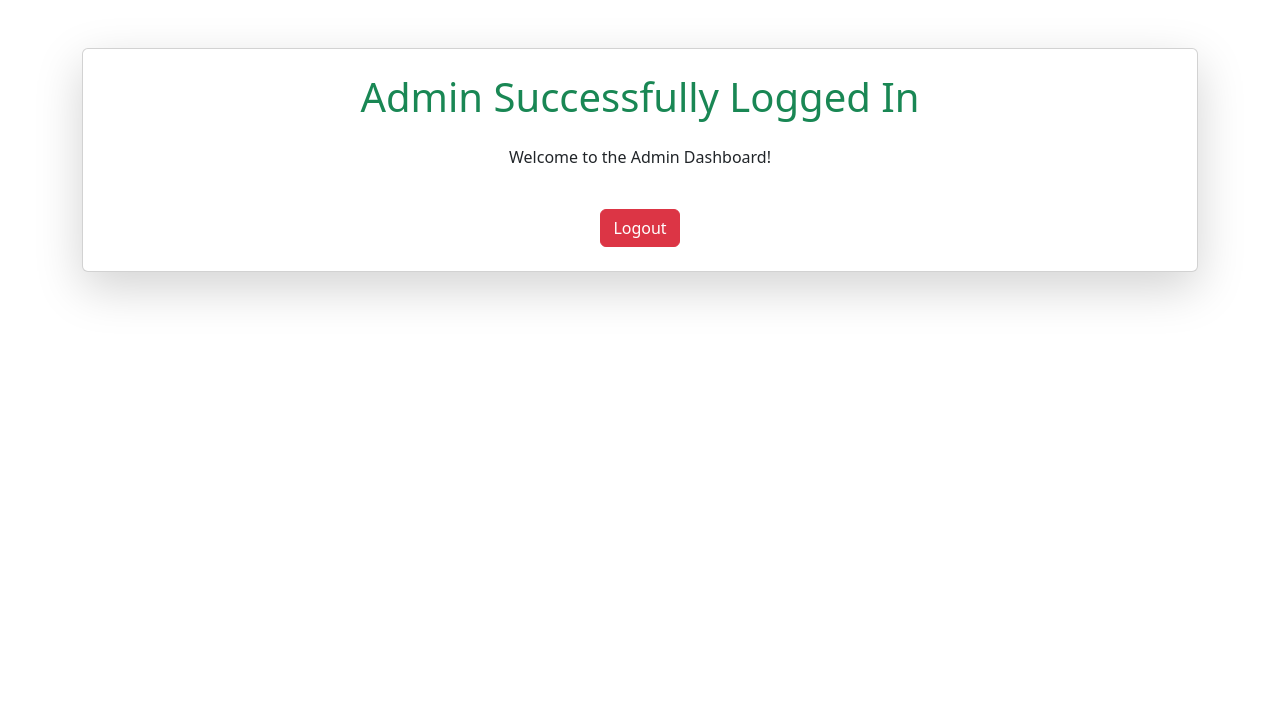
Repository: viraj2623/My_projects
Page: loginandregpr/src/main/webapp/main.html
These files come from the project's save history. The page is drawn as it stood at one moment and after the next save; the edit follows.
The browser window is 1280 px wide. The pictures show the whole page.

Above is the page before, as saved 2025-03-05 08:51:55.

After the next save:
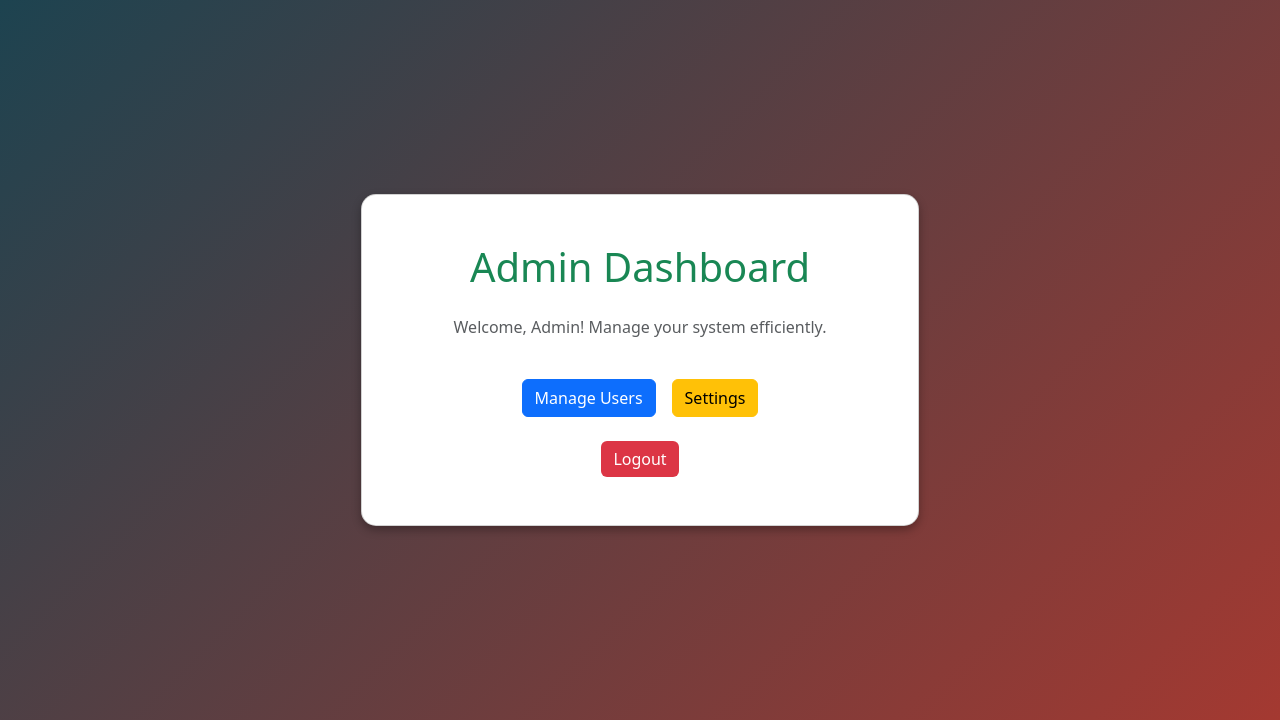
Saved 2 min 16 s later.
--- a/loginandregpr/src/main/webapp/main.html
+++ b/loginandregpr/src/main/webapp/main.html
@@ -5,14 +5,42 @@
     <meta name="viewport" content="width=device-width, initial-scale=1.0">
     <title>Admin Dashboard</title>
     <link rel="stylesheet" href="https://cdnjs.cloudflare.com/ajax/libs/bootstrap/5.3.0/css/bootstrap.min.css">
+    <style>
+        body {
+            background: linear-gradient(135deg, #1d4350, #a43931);
+            height: 100vh;
+            display: flex;
+            align-items: center;
+            justify-content: center;
+        }
+        .card {
+            border-radius: 15px;
+            box-shadow: 0px 4px 10px rgba(0, 0, 0, 0.3);
+            background: #fff;
+        }
+        .btn-danger {
+            background: #dc3545;
+            border: none;
+            transition: 0.3s;
+        }
+        .btn-danger:hover {
+            background: #c82333;
+        }
+    </style>
 </head>
 <body>
-    <div class="container mt-5 text-center">
-        <div class="card shadow-lg p-4">
-            <h1 class="text-success">Admin Successfully Logged In</h1>
-            <p class="mt-3">Welcome to the Admin Dashboard!</p>
-            <div class="mt-4">
-                <a href="login.html" class="btn btn-danger">Logout</a>
+    <div class="container text-center">
+        <div class="col-md-6 mx-auto">
+            <div class="card p-5">
+                <h1 class="text-success">Admin Dashboard</h1>
+                <p class="mt-3 text-muted">Welcome, Admin! Manage your system efficiently.</p>
+                <div class="mt-4 d-flex justify-content-center gap-3">
+                    <a href="#" class="btn btn-primary">Manage Users</a>
+                    <a href="#" class="btn btn-warning">Settings</a>
+                </div>
+                <div class="mt-4">
+                    <a href="login.html" class="btn btn-danger">Logout</a>
+                </div>
             </div>
         </div>
     </div>
